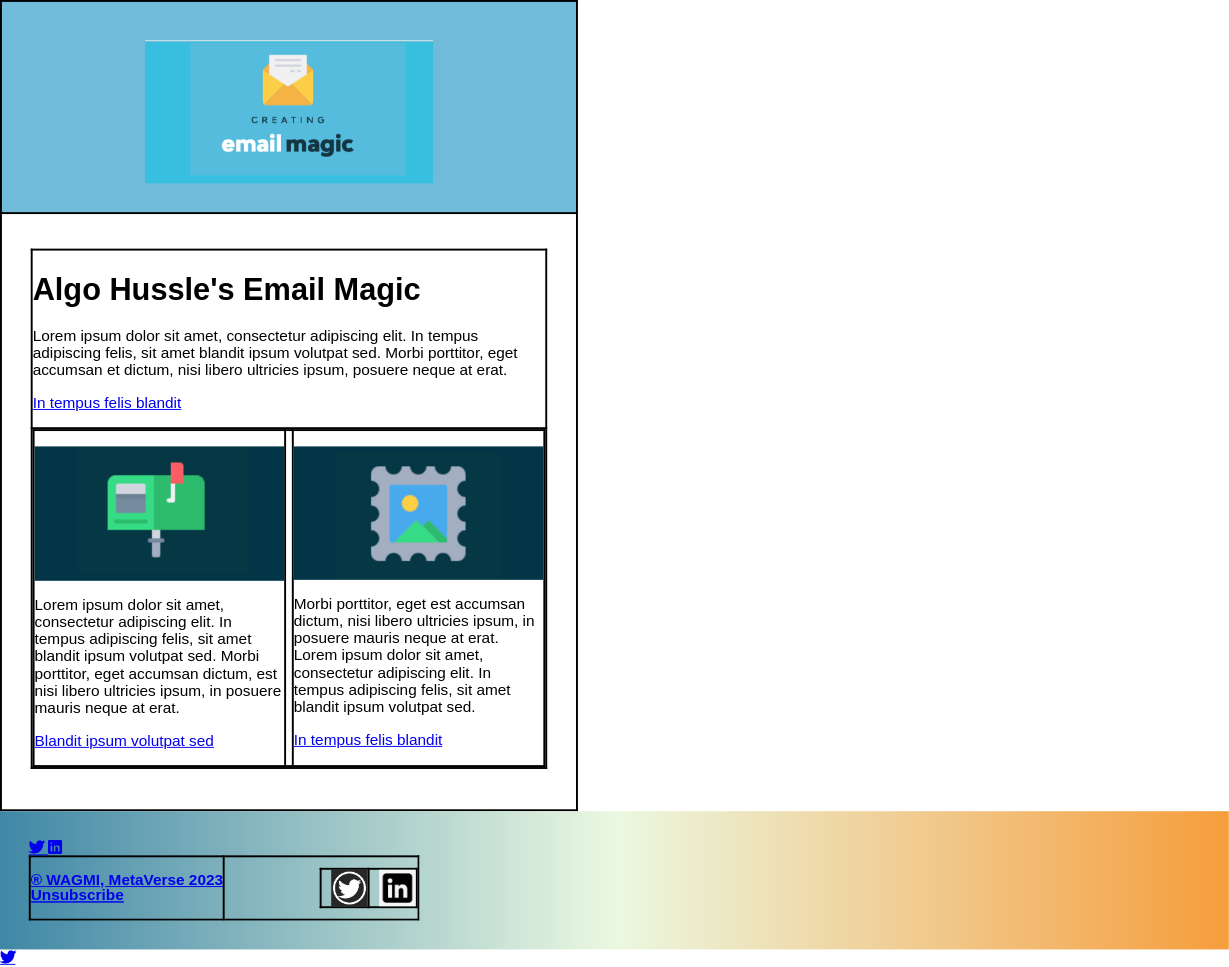
Repository: MikeeBuilds/email-template
Page: index.html
An editor plug-in stored every save of this project. The page is shown before and after a run of saves, followed by the edit.
The browser window is 1280 px wide. The pictures show the whole page, at 96% of full size.
Some web libraries are served in a nearby version.

Above is the page before, as saved 2022-11-25 13:35:40.

### index.html
<!DOCTYPE html>
<html lang="en" xmlns="http://www.w3.org./1999/xhtml" xmlns:0="urn:schemas-microsoft-com:office:office">
<head>
    <script src="https://kit.fontawesome.com/f8f61e487a.js" crossorigin="anonymous"></script>
    <meta charset="UTF-8">
    <meta http-equiv="X-UA-Compatible" content="IE=edge">
    <meta name="x-apple-disable-message-reformatting">
    <meta name="viewport" content="width=device-width, initial-scale=1.0">
    <link rel="stylesheet" href="styles.css">
    <title></title>
    <!--[if mso]>
        <noscript>
            <xml>
                <o:OfficeDocumentSettings>
                    <o:AllowPNG/>
                    <o:PixelsPerInch>96</o:PixelsPerInch>
                </o:OfficeDocumentSettings>
            </xml>
        <![endif]-->
        <style>
            table, td, div, h1, p {
                font-family: Arial, sans-serif;
            }
            table, td {
                border: 2px solid #000 !important;
            }
            </style>
<body style="margin: 0; padding: 0;">
    <table role="presentation" style="width: 602px; border-collapse: collapse; border: 1px solid #cccccc; border-spacing: 0; text-align: left;
    border-spacing: 0; background: #ffffff;">
        <tr>
            <td align="center" style="padding: 40px 0 30px 0; background: #70bbd9;">
                <img src="images/h1.png" alt="heading picture" width="300" style="height: auto; display: block;" />
            </td>
        </tr>
        <tr>
            <td align="center" style="padding: 36px 30px 42px 30px;">
                <table role="presentation" style="width:100%;border-collapse:collapse;border:0;border-spacing:0;">
                    <tr>
                        <td style="padding:0;">
                            <h1>Algo Hussle's Email Magic</h1>
<p>Lorem ipsum dolor sit amet, consectetur adipiscing elit. In tempus adipiscing felis, sit amet blandit ipsum volutpat sed. Morbi porttitor, eget accumsan et dictum, nisi libero ultricies ipsum, posuere neque at erat.</p>
<p><a href="http://www.example.com">In tempus felis blandit</a></p>

                        </td>
                    </tr>
                    <tr>
                        <td style="padding:0;">
                            <table role="presentation" style="width:100%;border-collapse:collapse;border:0;border-spacing:0;">
                                <tr>
                                    <td style="width:260px;padding:0;vertical-align:top;">
                                        <p><img src="images/left.png" alt="" width="260" style="height:auto;display:block;" /></p>
            <p>Lorem ipsum dolor sit amet, consectetur adipiscing elit. In tempus adipiscing felis, sit amet blandit ipsum volutpat sed. Morbi porttitor, eget accumsan dictum, est nisi libero ultricies ipsum, in posuere mauris neque at erat.</p>
            <p><a href="http://www.example.com">Blandit ipsum volutpat sed</a></p>
                                    </td>
                                    <td style="width:20px;padding:0;font-size:0;line-height:0;">&nbsp;</td>
                                    <td style="width:260px;padding:0;vertical-align:top;">
                                        <p><img src="images/right.png" alt="" width="260" style="height:auto;display:block;" /></p>
            <p>Morbi porttitor, eget est accumsan dictum, nisi libero ultricies ipsum, in posuere mauris neque at erat. Lorem ipsum dolor sit amet, consectetur adipiscing elit. In tempus adipiscing felis, sit amet blandit ipsum volutpat sed.</p>
            <p><a href="http://www.example.com">In tempus felis blandit</a></p>
        </td>
    </tr>
</table>

                                    </td>
                                </tr>
                            </table>
                        </td>
                    </tr>
                </table>
            </body>
        </head>


        <footer style="padding: 30px; background: linear-gradient(0.25turn, #3f87a6, #ebf8e1, #f69d3c)";>
            <a href="https//:www.twitter.com/bankroll_miyagi>" <i  class="fa-solid fa-bounce fa-brands fa-twitter"></i>
            <i class="fa-solid fa-bounce fa-brands fa-linkedin"></i>
            <table role="presentation" style="width:100%;border-collapse:collapse;border:0;border-spacing:0;">
                <tr>
                    <td style="padding:0;width:50%;" align="left">
                        <p>&reg; WAGMI, MetaVerse 2023<br/><a href="http://www.example.com">Unsubscribe</a></p>
                    </td>
                    <td style="padding:0;width:50%;" align="right">
                        <table role="presentation" style="border-collapse:collapse;border:0;border-spacing:0;">
                            <tr>
                                <td style="padding:0 0 0 10px;width:38px;">
                                    <a href="http://www.twitter.com/bankroll_miyagi"><img src="images/twitter.png" alt="Twitter" width="38" style="height:auto;display:block;border:0;" /></a>
                                </td>
                                <td style="padding:0 0 0 10px;width:38px;">
                                    <a href="http://www.linkedin.com/in/mike-woods-51b3b2257"><img src="images/linkedin.png" alt="Facebook" width="38" style="height:auto;display:block;border:0;" /></a>
                                </td>
                            </tr>
                        </table>
                    </td>
                </tr>
            </table>
        </footer>

        </html>

Loaded but not shown: styles.css (no stored copy; drawn as an empty file)

After the next 2 saves:
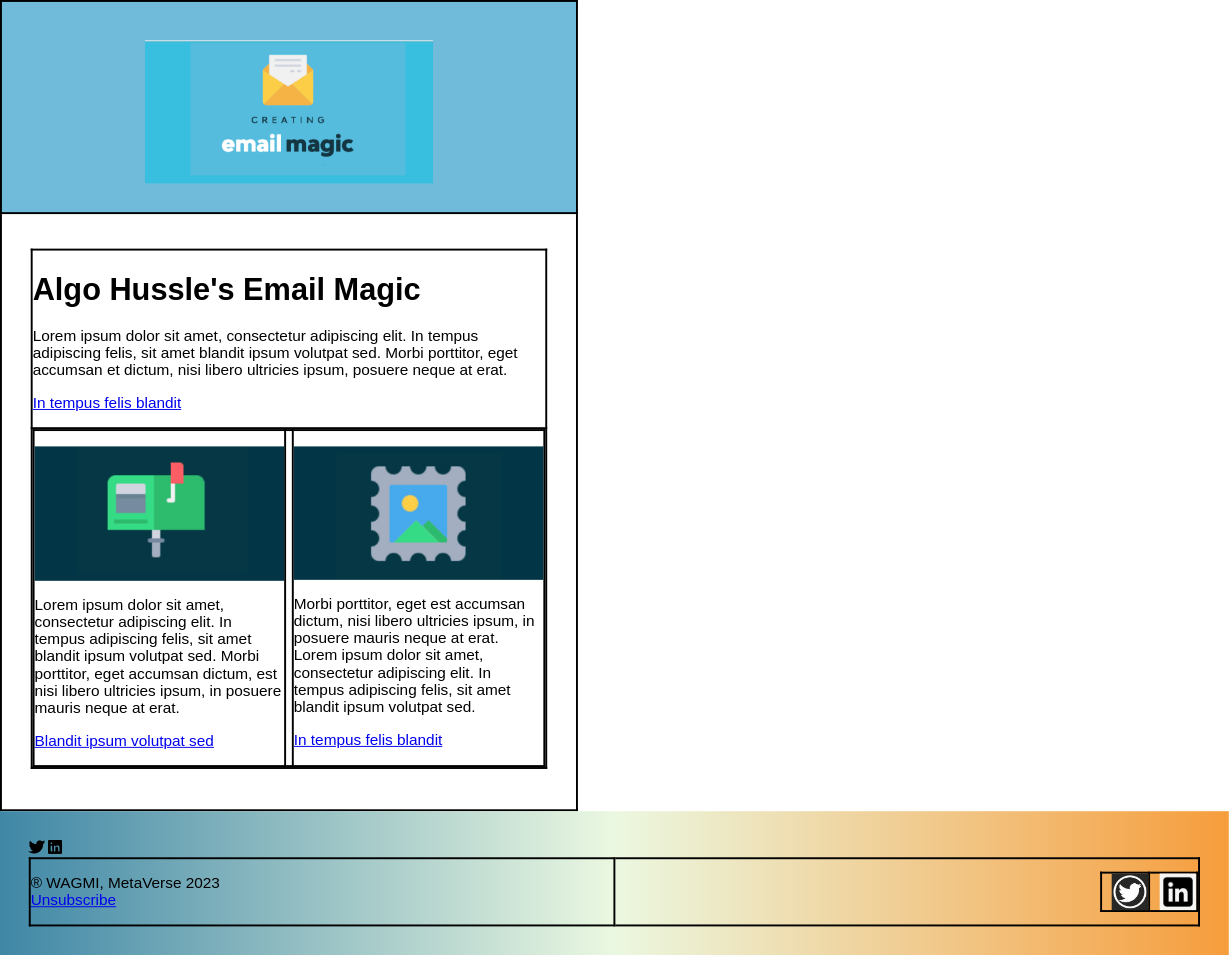
The 2 saves are shown as one change because they came seconds apart.
The last was saved 8 s later.
--- a/index.html
+++ b/index.html
@@ -73,7 +73,7 @@
 
 
         <footer style="padding: 30px; background: linear-gradient(0.25turn, #3f87a6, #ebf8e1, #f69d3c)";>
-            <a href="https//:www.twitter.com/bankroll_miyagi>" <i  class="fa-solid fa-bounce fa-brands fa-twitter"></i>
+            <a href="https//:www.twitter.com/bankroll_miyagi"></a> <i  class="fa-solid fa-bounce fa-brands fa-twitter"></i>
             <i class="fa-solid fa-bounce fa-brands fa-linkedin"></i>
             <table role="presentation" style="width:100%;border-collapse:collapse;border:0;border-spacing:0;">
                 <tr>
